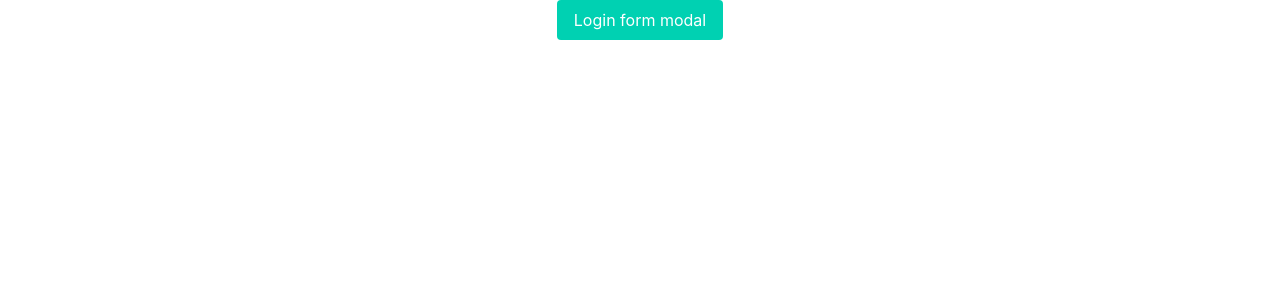
Repository: Spawnbig/ProyectoEspTec1
Page: /
An editor plug-in stored every save of this project. The page is shown before and after the next save, followed by the edit.
The browser window is 1280 px wide. The pictures show the whole page.
The project was rebuilt for these pictures with package versions that can differ from the ones it lists, and the page was loaded fresh each time. Also part of the build but not shown: vite.config.js, src/views/Dashboard.vue.

Above is the page before, as saved 2022-07-08 20:27:13.

### src/main.js
import { createApp } from 'vue'
import { createPinia } from 'pinia'
import App from './App.vue'
import router from './router'



const app = createApp(App)

app.use(createPinia())
app.use(router)

app.mount('#app')

### src/App.vue

<template>
  <RouterView />
</template>

<script>
export default{

}
</script>


<style>
@import "https://cdn.jsdelivr.net/npm/bulma@0.9.4/css/bulma.min.css";


</style>

### src/router/index.js
import { createRouter, createWebHistory } from 'vue-router'
import HomeView from '../views/HomeView.vue'
import Dashboard from '../views/Dashboard.vue'

const router = createRouter({
  history: createWebHistory(import.meta.env.BASE_URL),
  routes: [
    {
      path: '/',
      name: 'home',
      component: HomeView
    },
    {
      path: '/dashboard',
      name: 'dashboard',
      // route level code-splitting
      // this generates a separate chunk (About.[hash].js) for this route
      // which is lazy-loaded when the route is visited.
      component: Dashboard
    }
  ]
})

export default router

### src/views/HomeView.vue
<template>

  <CrearUsuario/>
</template>

<script >
import CrearUsuario from "../components/CrearUsuario.vue";

export default {
components:{CrearUsuario}
}

</script>


<style scoped>

</style>

### src/components/CrearUsuario.vue
<template>
<div class='container'>
    <div class='columns is-mobile is-centered'>
      <div class='column is-4'>
        <div class='has-text-centered'>
          <button class="button is-primary"
                  id='btn'>
            Login form modal
          </button>
        </div>
        <div class="modal">
          <div class="modal-background"></div>
          <div class="modal-content">
            <div class="box">
              <div>
                <h1 class='title has-text-centered'>
                  Login
                </h1>
              </div>
              <form action='#' method='post'>
                <div class='field'>
                  <label class='label'
                         id='username'>
                    Username
                  </label>
                  <div class='control has-icons-left'>
                    <input class='input'
                           type='text'
                           for='username'
                           placeholder='Username'>
                    <span class="icon is-small is-left">
                      <i class="fas fa-user"></i>
                    </span>
                  </div>
                </div>

                <div class='field'>
                  <label class='label'
                         id='password'>
                    Password
                  </label>
                  <div class='control has-icons-left'>
                    <input class='input'
                           type='password'
                           for='password'
                           placeholder='Password'>
                    <span class="icon is-small is-left">
                      <i class="fas fa-lock"></i>
                    </span>
                  </div>

                  <div class='buttons'>
                    <button class='button is-link'>
                      Login
                    </button>
                  </div>
                </div>
              </form>
            </div>
          </div>
          <button class="modal-close is-large"
                  aria-label="close">
            Model
          </button>
        </div>
      </div>
    </div>
  </div>
</template>

<script>
export default {

}
</script>

<style scoped>

</style>

Loaded but not shown: index.html (common file)

After the next save:
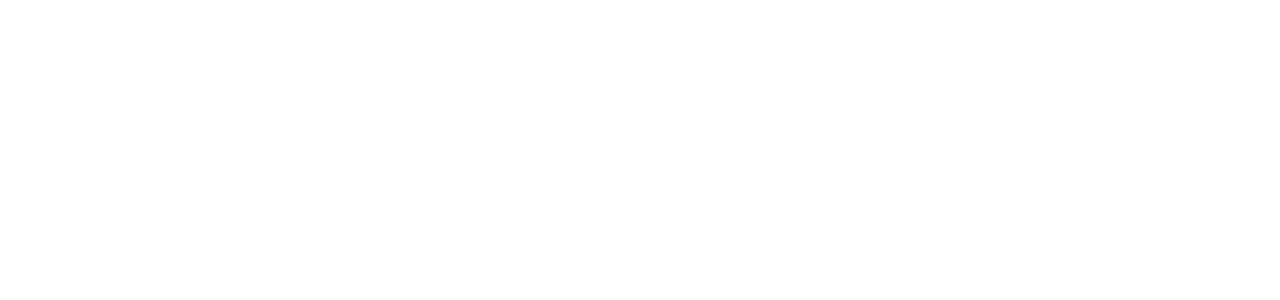
Console error: TypeError: Cannot read properties of null (reading 'addEventListener')
Saved 23 s later.
--- a/src/components/CrearUsuario.vue
+++ b/src/components/CrearUsuario.vue
@@ -72,6 +72,27 @@
 export default {
 
 }
+const modal = document.querySelector('.modal');
+    const btn = document.querySelector('#btn')
+    const close = document.querySelector('.modal-close')
+
+    btn.addEventListener('click',
+                         function () {
+      modal.style.display = 'block'
+    })
+
+    close.addEventListener('click',
+                           function () {
+      modal.style.display = 'none'
+    })
+
+    window.addEventListener('click',
+                            function (event) {
+      if (event.target.className ===
+          'modal-background') {
+        modal.style.display = 'none'
+      }
+    })
 </script>
 
 <style scoped>

After the 2 saves that followed:
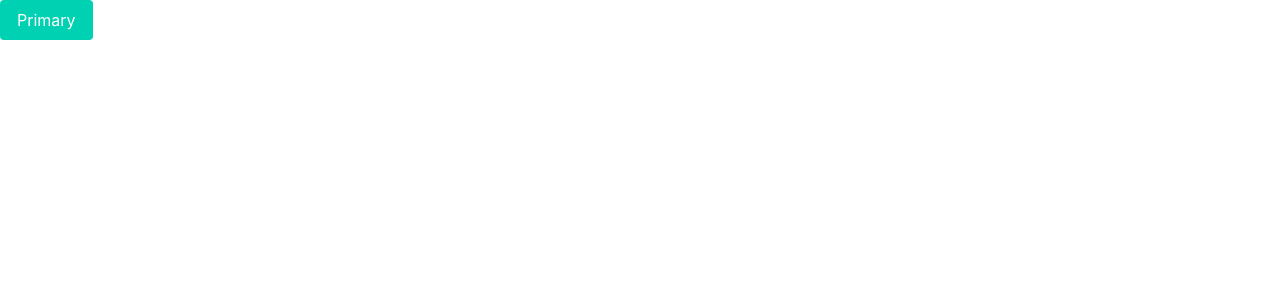
The error is gone.
The 2 saves are shown as one change because 1 left the picture as it was.
The last was saved 2 min 23 s later.
--- a/src/components/CrearUsuario.vue
+++ b/src/components/CrearUsuario.vue
@@ -1,100 +1,25 @@
 <template>
-<div class='container'>
-    <div class='columns is-mobile is-centered'>
-      <div class='column is-4'>
-        <div class='has-text-centered'>
-          <button class="button is-primary"
-                  id='btn'>
-            Login form modal
-          </button>
-        </div>
-        <div class="modal">
-          <div class="modal-background"></div>
-          <div class="modal-content">
-            <div class="box">
-              <div>
-                <h1 class='title has-text-centered'>
-                  Login
-                </h1>
-              </div>
-              <form action='#' method='post'>
-                <div class='field'>
-                  <label class='label'
-                         id='username'>
-                    Username
-                  </label>
-                  <div class='control has-icons-left'>
-                    <input class='input'
-                           type='text'
-                           for='username'
-                           placeholder='Username'>
-                    <span class="icon is-small is-left">
-                      <i class="fas fa-user"></i>
-                    </span>
-                  </div>
-                </div>
-
-                <div class='field'>
-                  <label class='label'
-                         id='password'>
-                    Password
-                  </label>
-                  <div class='control has-icons-left'>
-                    <input class='input'
-                           type='password'
-                           for='password'
-                           placeholder='Password'>
-                    <span class="icon is-small is-left">
-                      <i class="fas fa-lock"></i>
-                    </span>
-                  </div>
-
-                  <div class='buttons'>
-                    <button class='button is-link'>
-                      Login
-                    </button>
-                  </div>
-                </div>
-              </form>
-            </div>
-          </div>
-          <button class="modal-close is-large"
-                  aria-label="close">
-            Model
-          </button>
-        </div>
-      </div>
-    </div>
-  </div>
+<button class="button is-primary">Primary</button>
 </template>
 
 <script>
 export default {
 
 }
-const modal = document.querySelector('.modal');
-    const btn = document.querySelector('#btn')
-    const close = document.querySelector('.modal-close')
 
-    btn.addEventListener('click',
-                         function () {
-      modal.style.display = 'block'
-    })
-
-    close.addEventListener('click',
-                           function () {
-      modal.style.display = 'none'
-    })
-
-    window.addEventListener('click',
-                            function (event) {
-      if (event.target.className ===
-          'modal-background') {
-        modal.style.display = 'none'
-      }
-    })
 </script>
 
 <style scoped>
+div.columns {
+      margin-top: 50px;
+    }
 
+    .modal-content {
+      margin-top: 100px;
+      width: 450px;
+    }
+
+    .buttons {
+      margin-top: 12px;
+    }
 </style>
